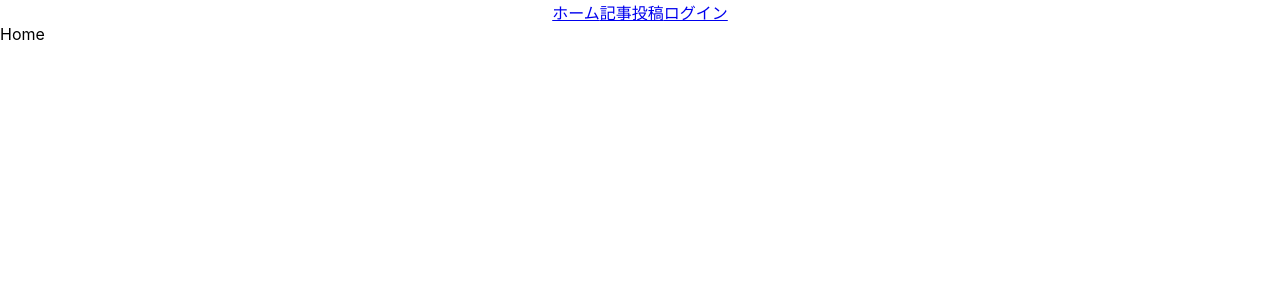
Repository: kusabi-19/keiziban
Page: /
These files come from the project's save history. The page is drawn as it stood at one moment and after the next save; the edit follows.
The browser window is 1280 px wide. The pictures show the whole page.
The project was rebuilt for these pictures with package versions that can differ from the ones it lists, and the page was loaded fresh each time. Also part of the build but not shown: src/App.css, src/components/CreatePost.js, src/firebase.js, src/components/Login.js, src/components/Logout.js.

Above is the page before, as saved 2025-05-16 08:27:58.

### src/App.js
import './App.css';
import {BrowserRouter as Router,  Routes , Route ,Link} from "react-router-dom"
import Home from './components/Home';
import CreatePost from './components/CreatePost';
import Login from './components/Login';
import Logout from './components/Logout';
import Navbar from './components/Navbar';

function App() {
  return (
    <Router>
      <Navbar />
      <Routes>
        <Route path="/" element={<Home />}></Route>
        <Route path="/createpost" element={<CreatePost />}></Route>
        <Route path="/login" element={<Login />}></Route>
        <Route path="/logout" element={<Logout />}></Route>
      </Routes>
    </Router>
  );
}

export default App;

### src/components/Navbar.js
import React from 'react'
import { Link } from 'react-router-dom'
import "./Navbar.css"

const Navbar = () => {
  return (
    <nav>
      <Link to="/">ホーム</Link>
      <Link to="/createpost">記事投稿</Link>
      <Link to="/login">ログイン</Link>
    </nav>
  )
}

export default Navbar

### src/components/Navbar.css
nav {
  display: flex;
  justify-content: center;
}

Loaded but not shown: public/index.html (common file); src/index.js (common file); src/index.css (common file); src/components/Home.js (common file)

After the next save:
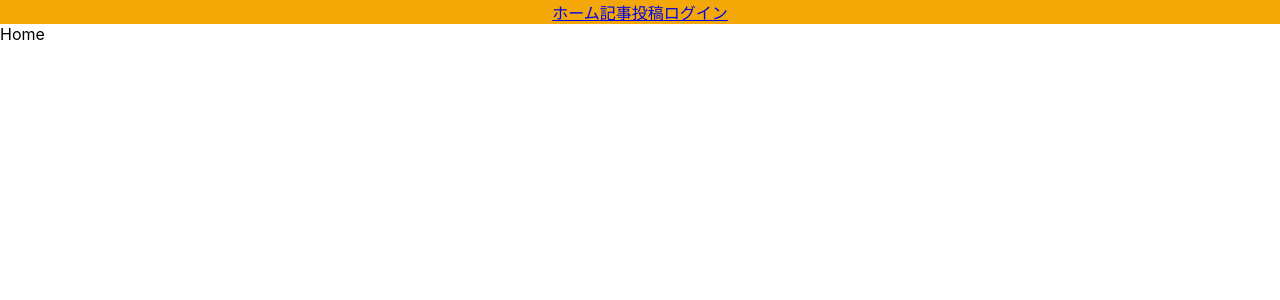
Saved 91 s later.
--- a/src/components/Navbar.css
+++ b/src/components/Navbar.css
@@ -1,4 +1,6 @@
 nav {
   display: flex;
   justify-content: center;
+  align-items: center;
+  background-color: rgb(243, 168, 8);
 }
